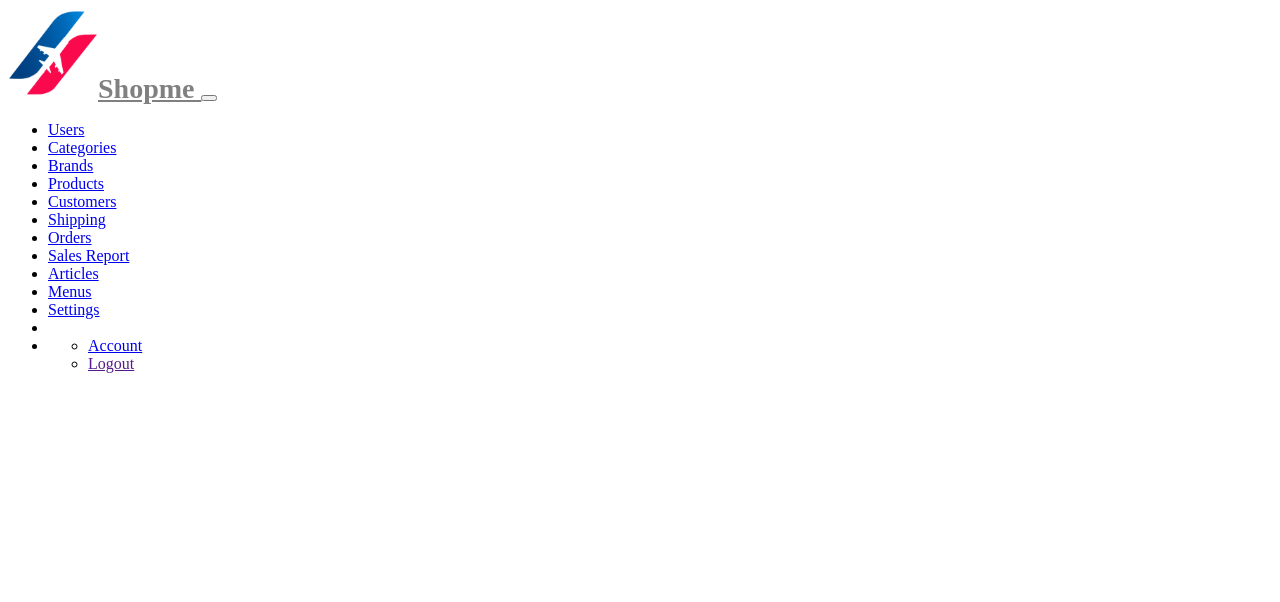
Repository: rahulcivildp/SpringProjects
Page: http://localhost/navigation
An editor plug-in stored every save of this project. The page is shown before and after the next save, followed by the edit.
The browser window is 1280 px wide. The pictures show the whole page.
The page is this project's Thymeleaf template; nobody is signed in. The template is opened directly, without the code that normally fills it, so the values that code supplies are empty.

Above is the page before, as saved 2022-10-27 00:05:50.

### ShopmeProject/ShopmeWebParent/ShopmeBackEnd/src/main/resources/templates/navigation.html
<!DOCTYPE html>
<html xmlns:th="http://www.thymeleaf.org"
		xmlns:sec="http://www.thymeleaf.org/thymeleaf-extras-springsecurity5">

<body>
	<div th:fragment="nav_menu">
			<form th:action="@{/logout}" method="post" th:hidden="true" name="logoutForm">
				<input type="submit">
			</form>
			<nav class="navbar navbar-expand-lg bg-dark navbar-dark">
				<a class="navbar-brand" th:href="@{/}" style="font-size: 28px; color: grey; font-weight: 700;"> <img alt="logo"
					th:src="@{/images/easegofly icon logo web b.png}" width=90
					height=90>Shopme
				</a>
				<button class="navbar-toggler" type="button"
					data-bs-toggle="collapse" data-bs-target="#topNavBar"
					aria-controls="topNavBar" aria-expanded="false"
					aria-label="Toggle navigation">
					<span class="navbar-toggler-icon"></span>
				</button>

				<div class="collapse navbar-collapse" id="topNavBar">
					<ul class="navbar-nav">
						<li class="nav-item">
							<a class="nav-link" th:href="@{/users}">Users <i class="fa fa-solid fa-caret-down"></i></a>
						</li>
						<li class="nav-item">
							<a class="nav-link" th:href="@{/categories}">Categories <i class="fa fa-solid fa-caret-down"></i></a>
						</li>
						<li class="nav-item">
							<a class="nav-link" th:href="@{/brands}">Brands <i class="fa fa-solid fa-caret-down"></i></a>
						</li>
						<li class="nav-item">
							<a class="nav-link" th:href="@{/products}">Products <i class="fa fa-solid fa-caret-down"></i></a>
						</li>
						<li class="nav-item">
							<a class="nav-link" th:href="@{/customers}">Customers <i class="fa fa-solid fa-caret-down"></i></a>
						</li>
						<li class="nav-item">
							<a class="nav-link" th:href="@{/shipping}">Shipping <i class="fa fa-solid fa-caret-down"></i></a>
						</li>
						<li class="nav-item">
							<a class="nav-link" th:href="@{/orders}">Orders <i class="fa fa-solid fa-caret-down"></i></a>
						</li>
						<li class="nav-item">
							<a class="nav-link" th:href="@{/salesReport}">Sales Report <i class="fa fa-solid fa-caret-down"></i></a>
						</li>
						<li class="nav-item">
							<a class="nav-link" th:href="@{/articles}">Articles <i class="fa fa-solid fa-caret-down"></i></a>
						</li>
						<li class="nav-item">
							<a class="nav-link" th:href="@{/menus}">Menus <i class="fa fa-solid fa-caret-down"></i></a>
						</li>
						<li class="nav-item">
							<a class="nav-link" th:href="@{/settings}">Settings <i class="fa fa-solid fa-caret-down"></i></a>
						</li>
						<li>
							<span class="fa fa-solid fa-user fa-2x icon-silver"></span>
						</li>
						<li class="dropdown">
						  <a class="nav-link dropdown-toggle" type="button" data-bs-toggle="dropdown" aria-expanded="false" sec:authentication="principal.fullName"></a>
						  <ul class="dropdown-menu">
						    <li><a class="dropdown-item" th:href="@{/account}" >Account</a></li>
						    <li><a class="dropdown-item" id="logoutLink" href="">Logout</a></li>
						  </ul>
						</li>

					</ul>
				</div>
			</nav>
		</div>
</body>
</html>

After the next save:
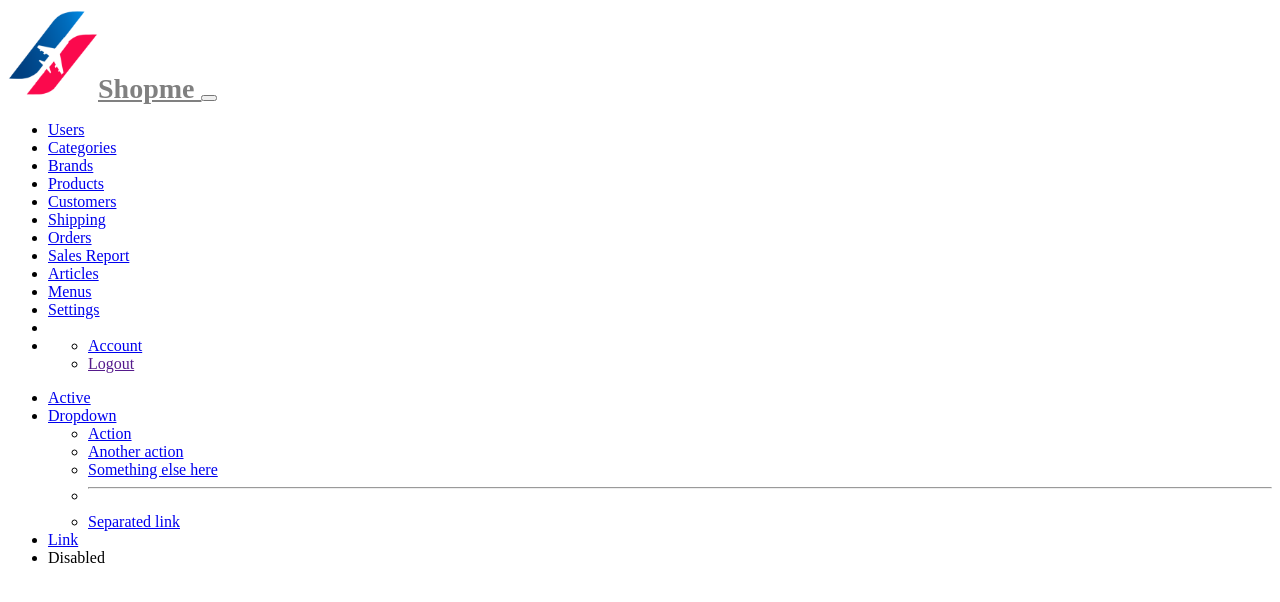
Saved 25 min 42 s later.
--- a/ShopmeProject/ShopmeWebParent/ShopmeBackEnd/src/main/resources/templates/navigation.html
+++ b/ShopmeProject/ShopmeWebParent/ShopmeBackEnd/src/main/resources/templates/navigation.html
@@ -69,5 +69,26 @@
 				</div>
 			</nav>
 		</div>
+		<ul class="nav nav-tabs">
+  <li class="nav-item">
+    <a class="nav-link active" aria-current="page" href="#">Active</a>
+  </li>
+  <li class="nav-item dropdown">
+    <a class="nav-link dropdown-toggle" data-bs-toggle="dropdown" href="#" role="button" aria-expanded="false">Dropdown</a>
+    <ul class="dropdown-menu">
+      <li><a class="dropdown-item" href="#">Action</a></li>
+      <li><a class="dropdown-item" href="#">Another action</a></li>
+      <li><a class="dropdown-item" href="#">Something else here</a></li>
+      <li><hr class="dropdown-divider"></li>
+      <li><a class="dropdown-item" href="#">Separated link</a></li>
+    </ul>
+  </li>
+  <li class="nav-item">
+    <a class="nav-link" href="#">Link</a>
+  </li>
+  <li class="nav-item">
+    <a class="nav-link disabled">Disabled</a>
+  </li>
+</ul>
 </body>
 </html>
